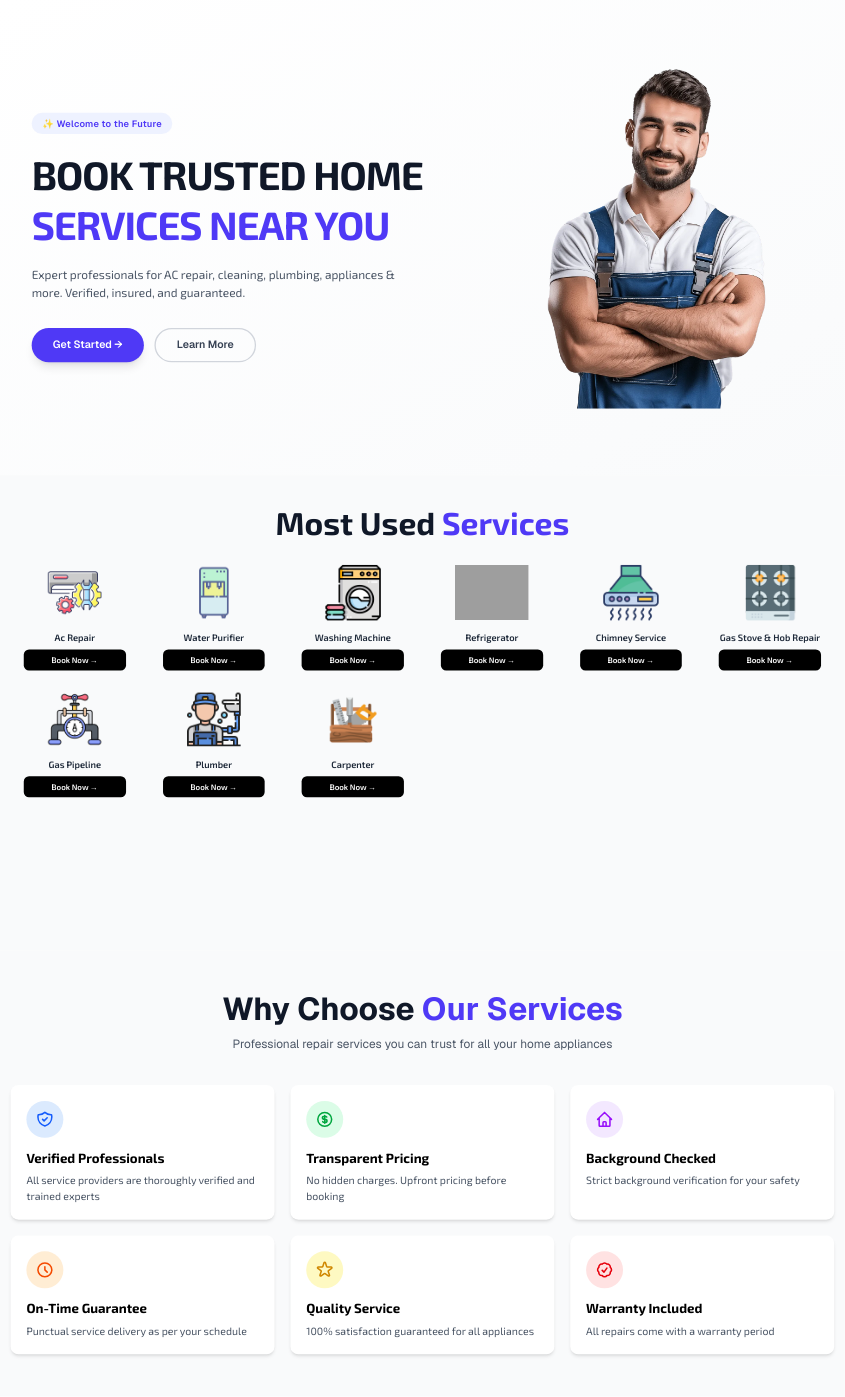
Repository: deepak445566/repai
Page: / (app in repair/)
An editor plug-in stored every save of this project. The page is shown before and after the next save, followed by the edit.
The browser window is 1280 px wide. The pictures show the whole page, at 66% of full size.
Pictures or frames that could not be fetched are drawn as grey boxes. The project was rebuilt for these pictures with package versions that can differ from the ones it lists, and the page was loaded fresh each time. The framework's server and built-in components were replaced by stand-ins that run in the browser. Also part of the build but not shown: repair/next.config.mjs.

Above is the page before, as saved 2026-04-15 14:08:15.

After the next save:
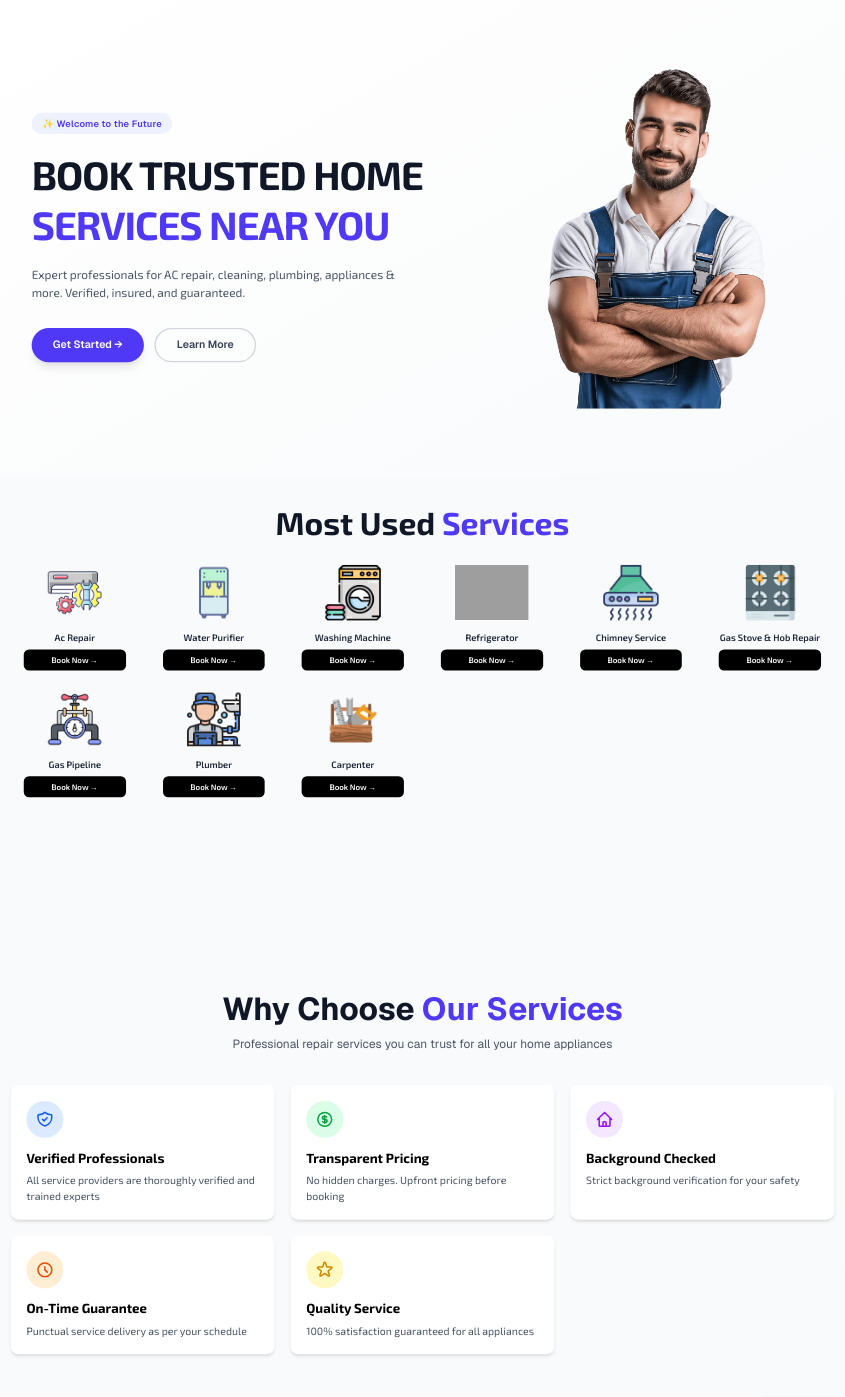
Saved 13 s later.
--- a/repair/src/components/whyChooseUs.jsx
+++ b/repair/src/components/whyChooseUs.jsx
@@ -72,16 +72,6 @@
             <p className="text-gray-600 text-xs sm:text-sm md:text-base">100% satisfaction guaranteed for all appliances</p>
           </div>
 
-          {/* Feature 6 */}
-          <div className="bg-white rounded-xl p-4 sm:p-5 md:p-6 shadow-md hover:shadow-xl transition-all">
-            <div className="w-10 h-10 sm:w-12 sm:h-12 md:w-14 md:h-14 bg-red-100 rounded-full flex items-center justify-center mb-3 sm:mb-4">
-              <svg className="w-5 h-5 sm:w-6 sm:h-6 md:w-7 md:h-7 text-red-600" fill="none" stroke="currentColor" viewBox="0 0 24 24">
-                <path strokeLinecap="round" strokeLinejoin="round" strokeWidth={2} d="M9 12.75L11.25 15 15 9.75M21 12c0 1.268-.63 2.39-1.593 3.068a3.745 3.745 0 01-1.043 3.296 3.745 3.745 0 01-3.296 1.043A3.745 3.745 0 0112 21c-1.268 0-2.39-.63-3.068-1.593a3.746 3.746 0 01-3.296-1.043 3.745 3.745 0 01-1.043-3.296A3.745 3.745 0 013 12c0-1.268.63-2.39 1.593-3.068a3.745 3.745 0 011.043-3.296 3.746 3.746 0 013.296-1.043A3.746 3.746 0 0112 3c1.268 0 2.39.63 3.068 1.593a3.746 3.746 0 013.296 1.043 3.746 3.746 0 011.043 3.296A3.745 3.745 0 0121 12z" />
-              </svg>
-            </div>
-            <h3 className="text-base sm:text-lg md:text-xl font-bold mb-1 sm:mb-2">Warranty Included</h3>
-            <p className="text-gray-600 text-xs sm:text-sm md:text-base">All repairs come with a warranty period</p>
-          </div>
         </div>
       </div>
     </div>
